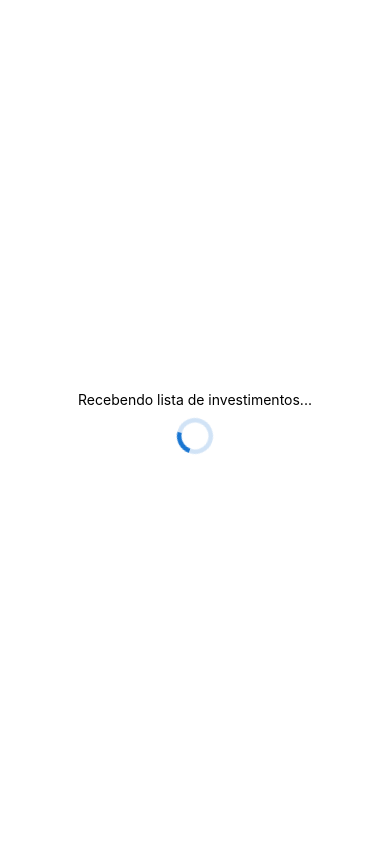
Repository: iancampelo/coopersystem-teste
Screen: /
These files come from the project's save history. The screen is drawn as it stood at one moment and after the next save; the edit follows.
The app was drawn by React Native's web renderer in a window 390 px wide. The project was rebuilt for these pictures with package versions that can differ from the ones it lists, and the page was loaded fresh each time. Some packages were replaced by stand-ins written for this rebuild.

Above is the screen before, as saved 2021-01-21 01:12:59.

After the next save:
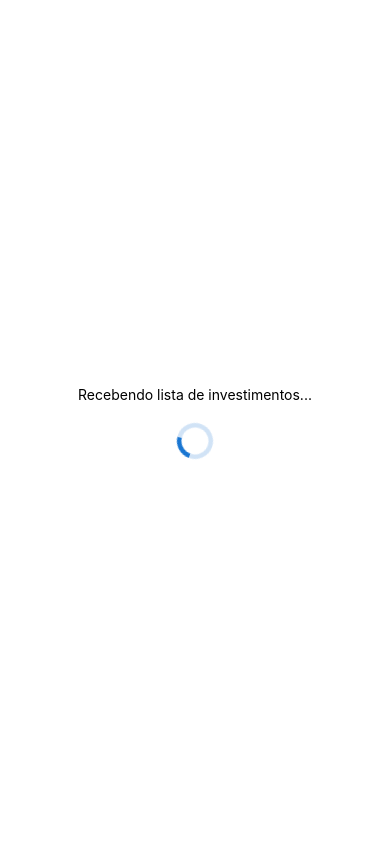
Saved 5 s later.
--- a/src/screens/Home/index.js
+++ b/src/screens/Home/index.js
@@ -33,7 +33,7 @@ const styles = StyleSheet.create({
     justifyContent: "center"
   },
   loadingText: {
-    paddingBottom: 10
+    paddingBottom: 20
   }
 });
 
